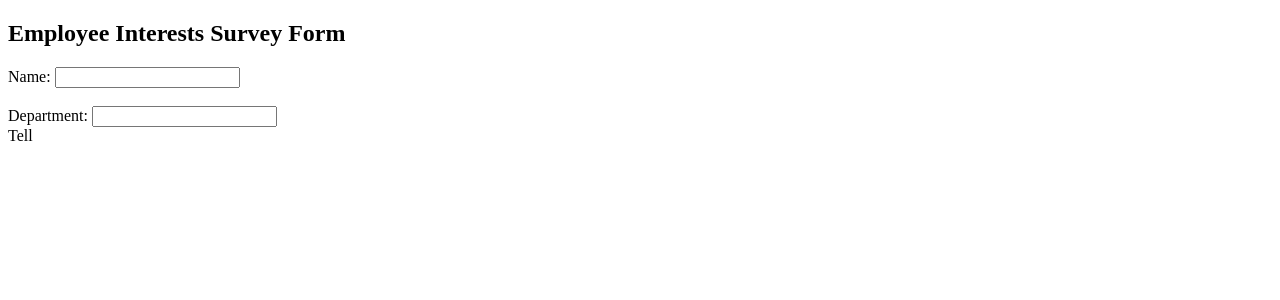
Repository: JoaoLemesDEV/Exercise-Survey-Form
Page: index.html
An editor plug-in stored every save of this project. The page is shown before and after a run of saves, followed by the edit.
The browser window is 1280 px wide. The pictures show the whole page.

Above is the page before, as saved 2021-10-10 18:19:30.

After the next 5 saves:
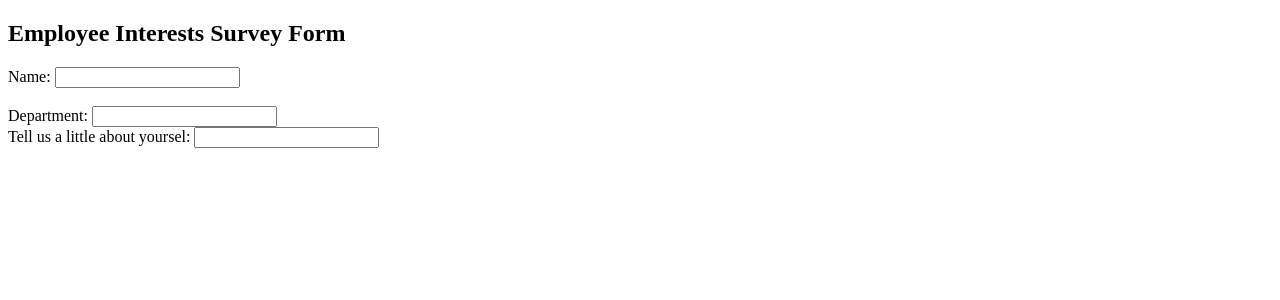
The 5 saves are shown as one change because they came seconds apart.
The last was saved 16 s later.
--- a/index.html
+++ b/index.html
@@ -12,7 +12,8 @@
   <input type="text" name="name" id=""><br><br>
   <label for="dep">Department:</label>
   <input type="text" name="dep" id=""><br>
-  <label for="comment">Tell </label>
+  <label for="comment">Tell us a little about yoursel:</label>
+  <input type="text">
 
 </body>
 </html>
